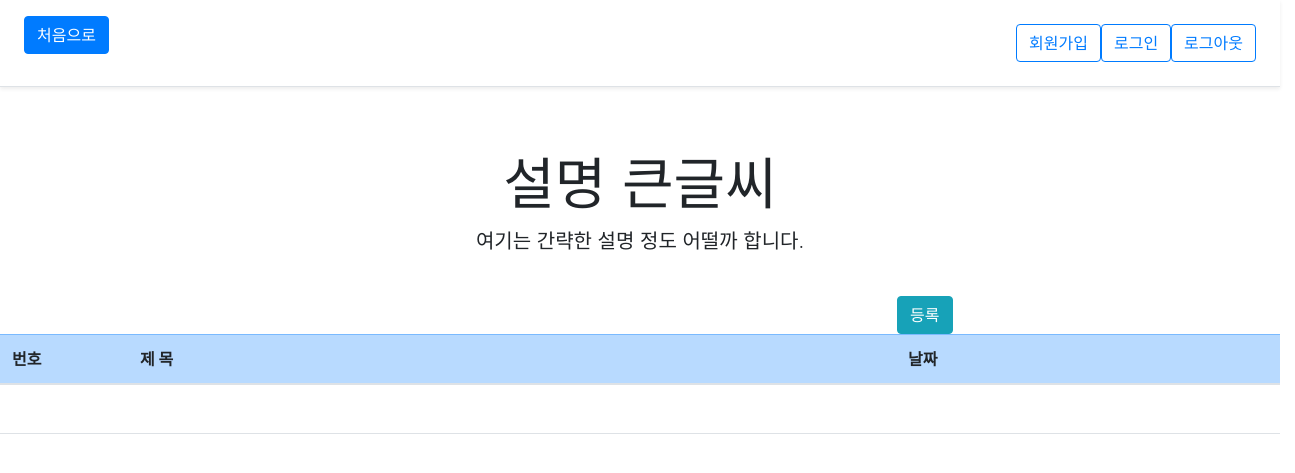
Repository: SettingRhino/innogleantmanager
Page: http://localhost/antmanager/WEB-INF/views/diary.jsp
These files come from the project's save history. The page is drawn as it stood at one moment and after the next save; the edit follows.
The browser window is 1280 px wide. The page is 1295 px wide, so the pictures cover 1295 px, including what lies to the right of the window. The pictures show the whole page.
The page is served by Tomcat 9. Nobody is signed in. Other server files are loaded and not shown. The template is opened directly, without the code that normally fills it, so the values that code supplies are empty.

Above is the page before, as saved 2020-06-09 02:29:21.

### antmanager/src/main/webapp/WEB-INF/views/diary.jsp
<%@ page language="java" contentType="text/html; charset=UTF-8"
	pageEncoding="UTF-8"%>
<%@ taglib uri="http://java.sun.com/jsp/jstl/core" prefix="c"%>

<!doctype html>
<html>
<head>
<meta charset="utf-8">
<meta name="viewport"
	content="width=device-width, initial-scale=1, shrink-to-fit=no">
<meta name="description" content="">
<meta name="author"
	content="Mark Otto, Jacob Thornton, and Bootstrap contributors">
<meta name="generator" content="Jekyll v4.0.1">
<title>Pricing example · Bootstrap</title>

<link rel="canonical"
	href="https://getbootstrap.com/docs/4.5/examples/pricing/">

<link rel="stylesheet"
	href="https://stackpath.bootstrapcdn.com/bootstrap/4.4.1/css/bootstrap.min.css"
	integrity="sha384-Vkoo8x4CGsO3+Hhxv8T/Q5PaXtkKtu6ug5TOeNV6gBiFeWPGFN9MuhOf23Q9Ifjh"
	crossorigin="anonymous">

<style>
.bd-placeholder-img {
	font-size: 1.125rem;
	text-anchor: middle;
	-webkit-user-select: none;
	-moz-user-select: none;
	-ms-user-select: none;
	user-select: none;
}

@media ( min-width : 768px) {
	.bd-placeholder-img-lg {
		font-size: 3.5rem;
	}
}
</style>
<!-- Custom styles for this template -->

<link href="<c:url value="/resources/css/pricing.css"/>"
	rel="stylesheet">
</head>
<body>
	<div
		class="d-flex flex-column flex-md-row align-items-center p-3 px-md-4 mb-3 bg-white border-bottom shadow-sm">
		<h5 class="my-0 mr-md-auto font-weight-normal">
			<p align="center">
				<a href="<c:url value="/"/>" class="btn btn-primary" role="button">처음으로</a>
			</p>
		</h5>
		<nav class="my-2 my-md-0 mr-md-3"></nav>

		<a class="btn btn-outline-primary"href="<c:url value="/user/signup"/>">회원가입</a>
		<a class="btn btn-outline-primary" href="<c:url value="/login"/>">로그인</a>
		<a class="btn btn-outline-primary" href="<c:url value="/logout"/>">로그아웃</a>
	</div>

	<div
		class="pricing-header px-3 py-3 pt-md-5 pb-md-4 mx-auto text-center">
		<h1 class="display-4">설명 큰글씨</h1>
		<p class="lead">여기는 간략한 설명 정도 어떨까 합니다.</p>
	</div>
	<div class="row">
		<div class="col-lg-3"></div>
		<div class="col-lg-3"></div>
		<div class="col-lg-3" align="right">
			<a href="<c:url value="/diary/edit"/>" class="btn btn-info" role="button">등록</a>
		</div>
		<div class="col-lg-3"></div>
	</div>
	<table class="table">
		<thead>
			<tr class="table-primary">
				<th style="width: 10%">번호</th>
				<th style="width: 60%">제 목</th>
				<th style="width: 20%">날짜</th>
				<th style="width: 10%"></th>
			</tr>
		</thead>

		<tbody>
			<c:forEach var="diary" items="${diarys}">
				<tr>
					<td>${diary.id}</td>
					<td><a
						href="<c:url value="/diary/viewItem?user=${diary.user}&id=${diary.id}"/>">${diary.title}</a></td>
					<td>${diary.date}</td>
					<td><a href="<c:url value="/diary/delete?id=${diary.id}"/>"
						class="btn btn-info" role="button">삭제</a></td>
				</tr>
			</c:forEach>
		</tbody>
	</table>
	<footer class="pt-4 my-md-5 pt-md-5 border-top"> </footer>

</body>
</html>

### antmanager/src/main/webapp/resources/css/pricing.css
@charset "UTF-8";
html {
  font-size: 14px;
}
@media (min-width: 768px) {
  html {
    font-size: 16px;
  }
}

.container {
  max-width: 960px;
}

.pricing-header {
  max-width: 700px;
}

.card-deck .card {
  min-width: 220px;
}

After the next save:
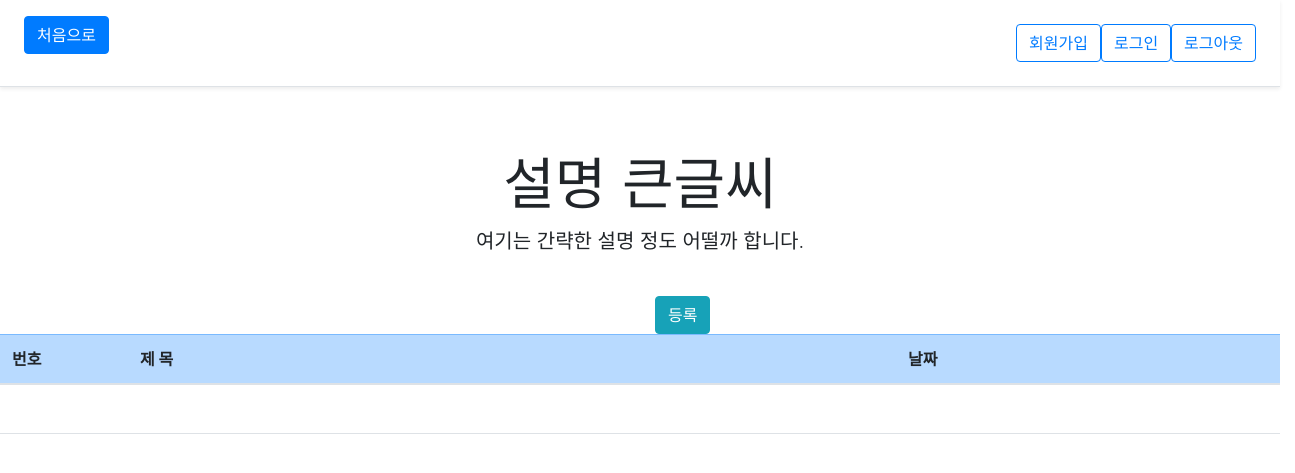
Saved 11 s later.
--- a/antmanager/src/main/webapp/WEB-INF/views/diary.jsp
+++ b/antmanager/src/main/webapp/WEB-INF/views/diary.jsp
@@ -66,7 +66,7 @@
 	<div class="row">
 		<div class="col-lg-3"></div>
 		<div class="col-lg-3"></div>
-		<div class="col-lg-3" align="right">
+		<div class="col-lg-3">
 			<a href="<c:url value="/diary/edit"/>" class="btn btn-info" role="button">등록</a>
 		</div>
 		<div class="col-lg-3"></div>
